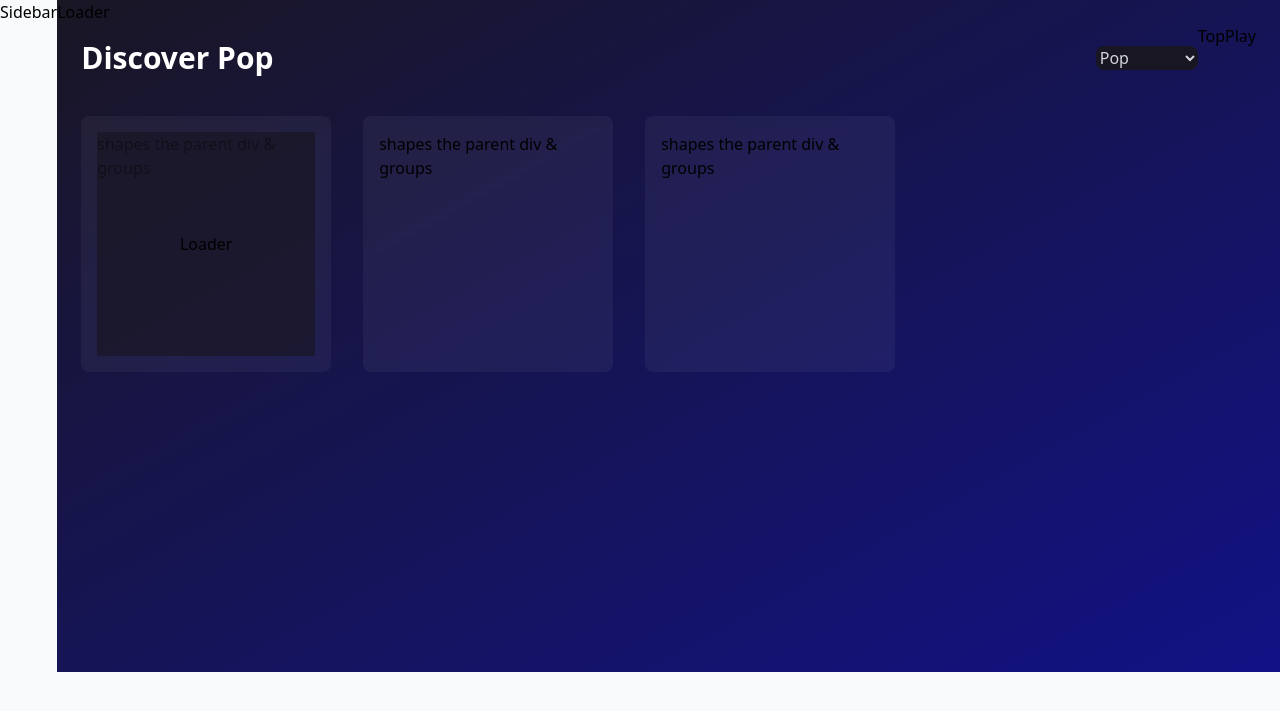
Repository: Chris24T/Dotify
Page: /
These files come from the project's save history. The page is drawn as it stood at one moment and after the next save; the edit follows.
The browser window is 1280 px wide. The pictures show the whole page.
The project was rebuilt for these pictures with package versions that can differ from the ones it lists, and the page was loaded fresh each time. Also part of the build but not shown: vite.config.js, src/components/ArtistCard.jsx, src/components/DetailsHeader.jsx, src/components/SongBar.jsx, src/components/RelatedSongs.jsx, src/components/MusicPlayer/Controls.jsx, src/components/MusicPlayer/Player.jsx, src/components/MusicPlayer/Seekbar.jsx and 12 more.

Above is the page before, as saved 2022-12-03 22:03:11.

After the next save:
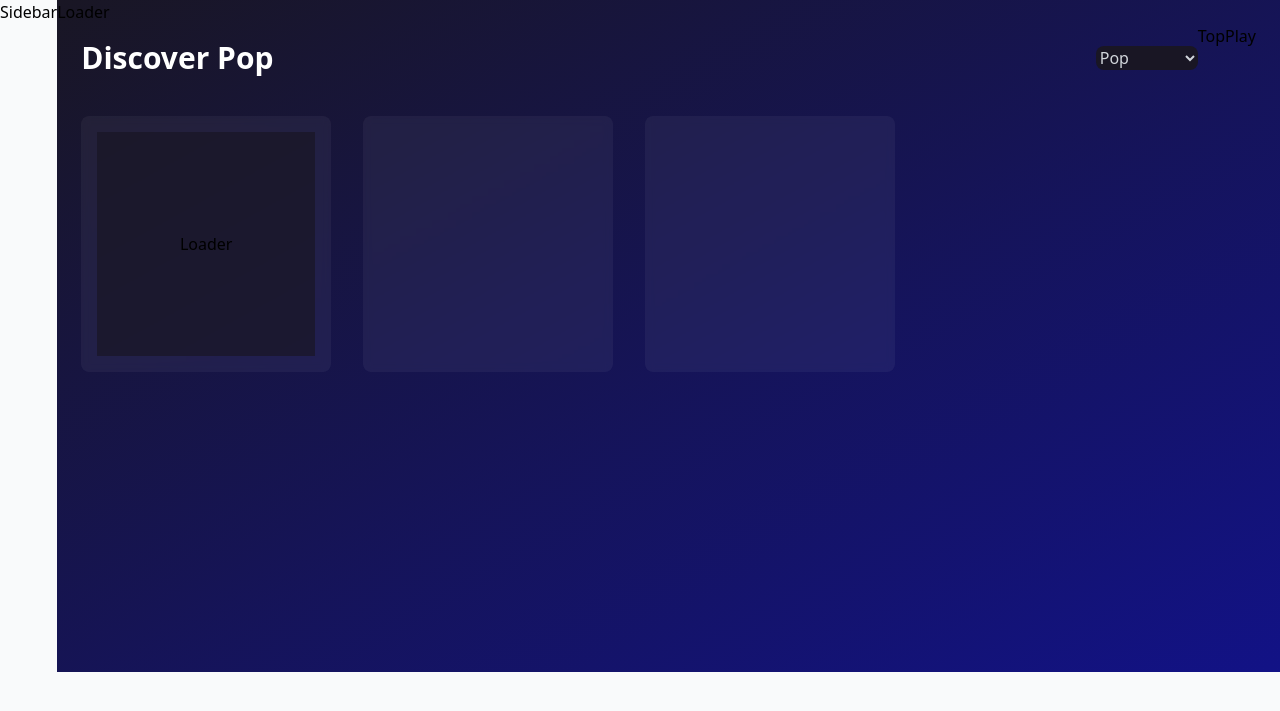
Saved 57 s later.
--- a/src/components/SongCard.jsx
+++ b/src/components/SongCard.jsx
@@ -13,7 +13,6 @@ const SongCard = ({ song, i }) => {
      backdrop-blur-sm animate-slideup rounded-lg cursor-pointer"
     >
       <div className="relative w-full h-56 group">
-        shapes the parent div & groups
         <div
           className={`absolute inset-0 justify-center items-center
           bg-black bg-opacity-50 group-hover:flex ${
